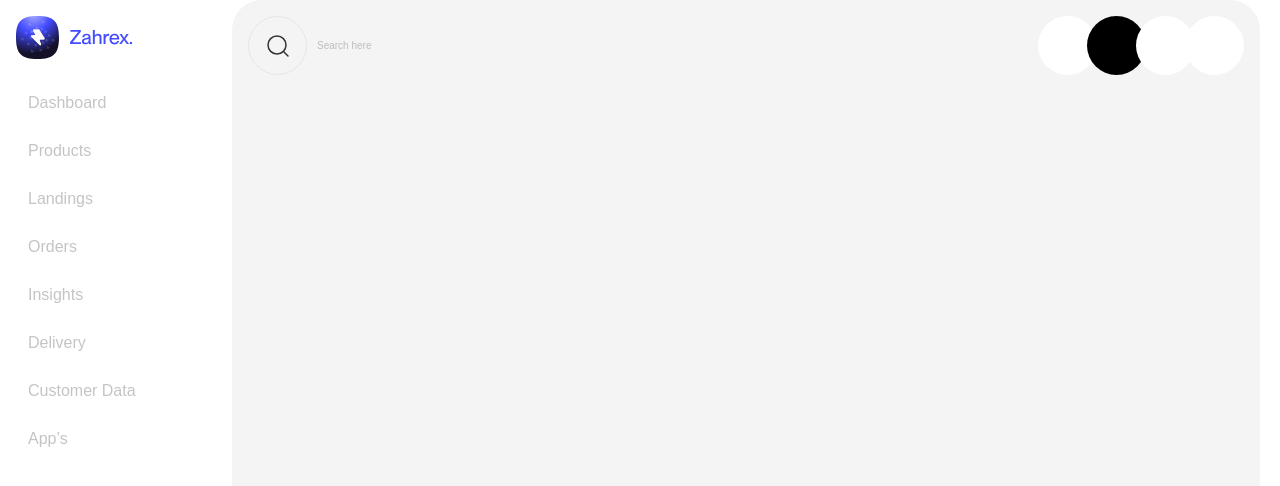
Repository: asba38295-web/zahrex-app
Page: /dashboard
The author's editor kept a copy of each file at every save. The page is drawn from the files as they stood at one save, then again after the next save.
The browser window is 1280 px wide. The pictures show the whole page.
The project was rebuilt for these pictures with package versions that can differ from the ones it lists, and the page was loaded fresh each time. The framework's server and built-in components were replaced by stand-ins that run in the browser. Also part of the build but not shown: next.config.mjs, src/page/Dashboard/Dashboard.jsx.

Above is the page before, as saved 2025-11-28 21:50:00.

After the next save:
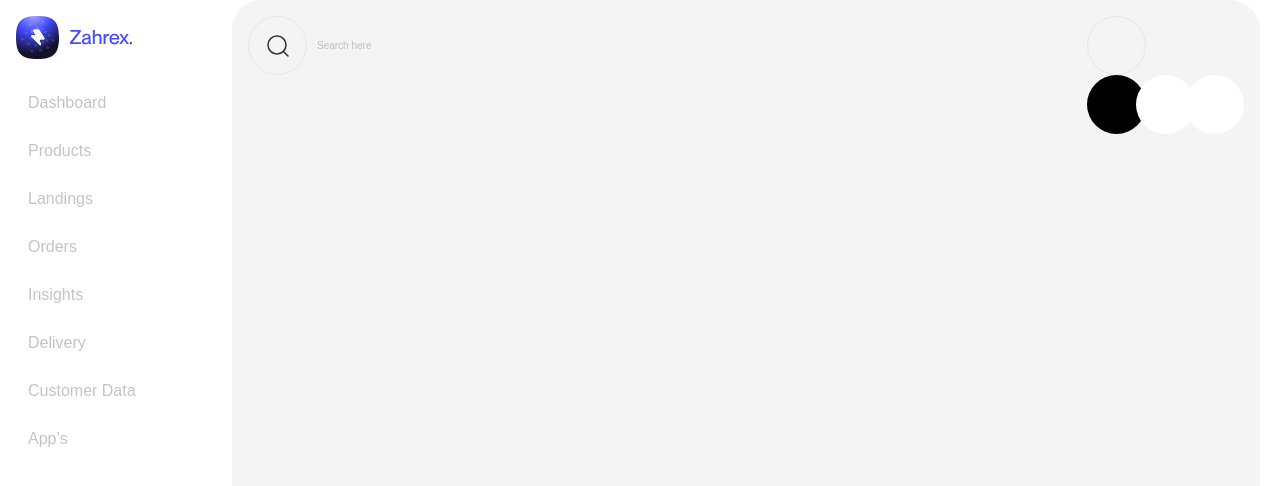
Saved 106 s later.
--- a/src/app/dashboard/page.jsx
+++ b/src/app/dashboard/page.jsx
@@ -101,7 +101,7 @@
      </div>
      <div className="flex w-full justify-end ">
       <div className=" -space-x-[10px]">
-      <button className="bg-white w-[59px] h-[59px] rounded-full "></button>
+      <button className="w-[59px] h-[59px] border border-[#E6E6E6] rounded-full flex justify-center items-center "></button>
       <button className="bg-black w-[59px] h-[59px] rounded-full "></button>
       <button className="bg-white w-[59px] h-[59px] rounded-full "></button>
       <button className="bg-white w-[59px] h-[59px] rounded-full "></button>

After the save that followed:
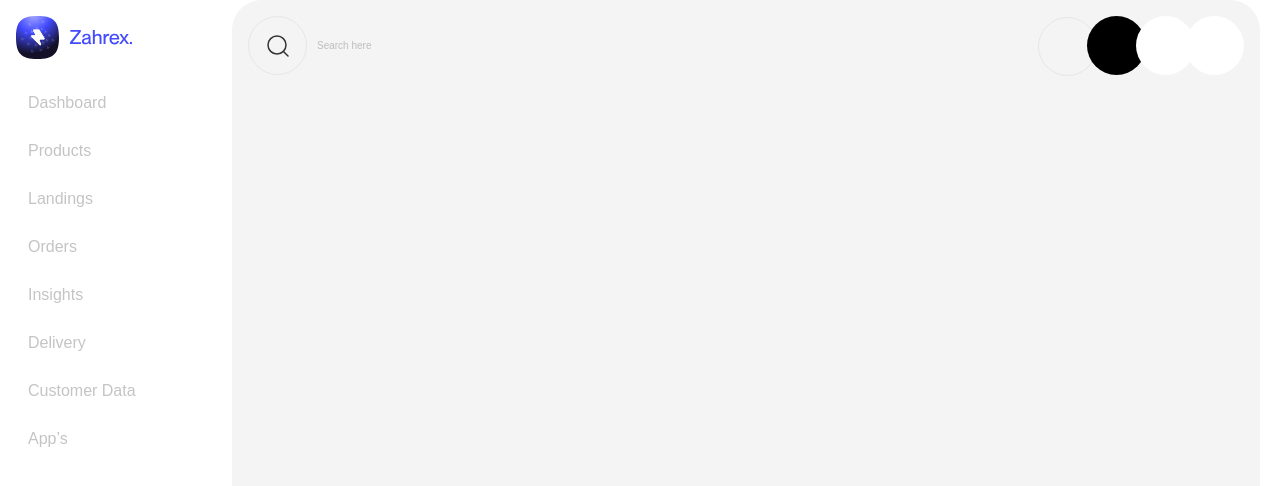
Saved 40 s later.
--- a/src/app/dashboard/page.jsx
+++ b/src/app/dashboard/page.jsx
@@ -101,7 +101,7 @@
      </div>
      <div className="flex w-full justify-end ">
       <div className=" -space-x-[10px]">
-      <button className="w-[59px] h-[59px] border border-[#E6E6E6] rounded-full flex justify-center items-center "></button>
+      <button className="w-[59px] h-[59px] border border-[#E6E6E6] rounded-full justify-center items-center "></button>
       <button className="bg-black w-[59px] h-[59px] rounded-full "></button>
       <button className="bg-white w-[59px] h-[59px] rounded-full "></button>
       <button className="bg-white w-[59px] h-[59px] rounded-full "></button>
